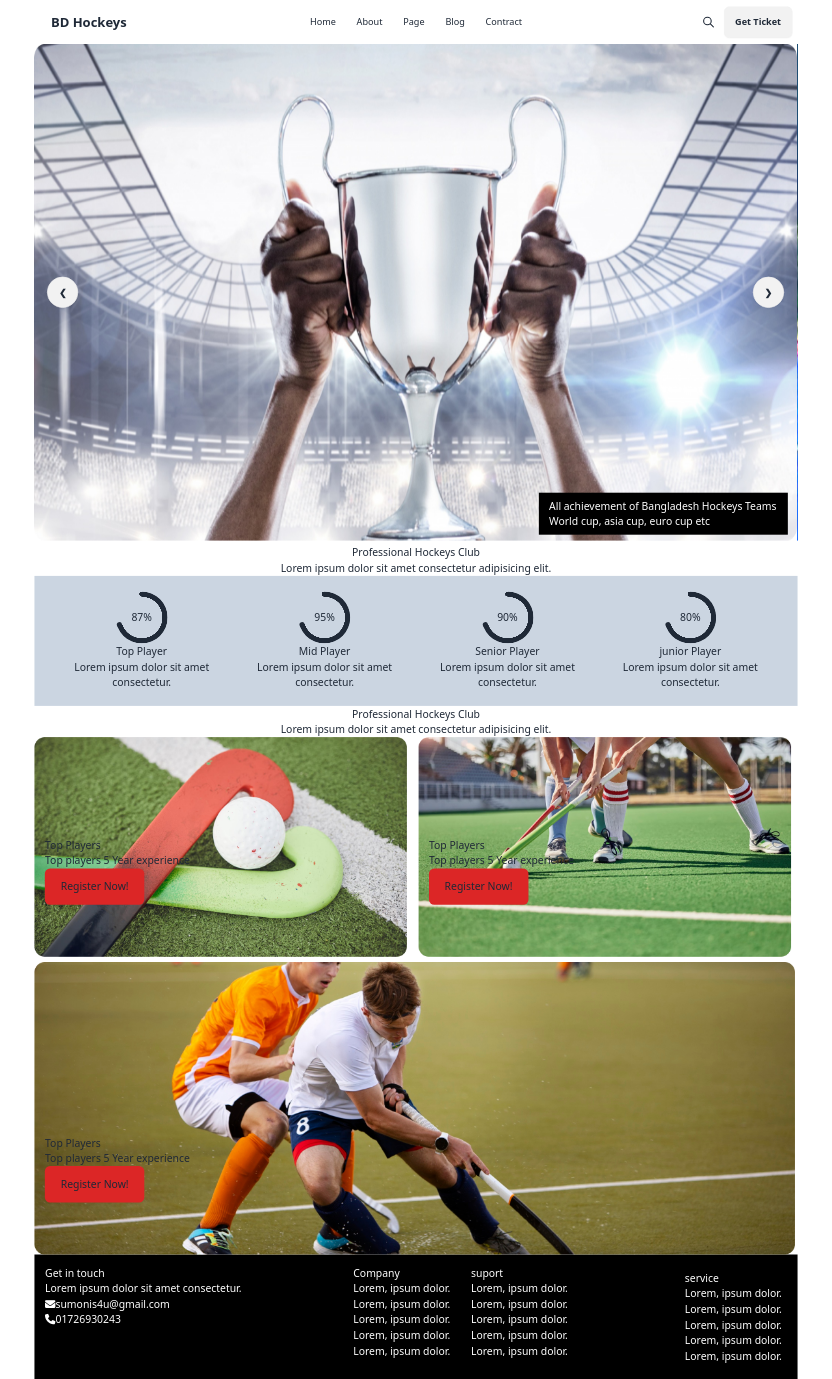
Repository: sumonkumarsarkar/bd-hockeys-team
Page: index.html
The author's editor kept a copy of each file at every save. The page is drawn from the files as they stood at one save, then again after the next save.
The browser window is 1280 px wide. The pictures show the whole page, at 65% of full size.
Some web libraries are served in a nearby version.

Above is the page before, as saved 2024-01-23 23:09:44.

### index.html
<!DOCTYPE html>
<html lang="en">
<head>
    <meta charset="UTF-8">
    <meta name="viewport" content="width=device-width, initial-scale=1.0">
    <title>BD Hockeys Team</title>
    <link rel="stylesheet" href="https://cdnjs.cloudflare.com/ajax/libs/font-awesome/6.5.1/css/all.min.css" integrity="sha512-DTOQO9RWCH3ppGqcWaEA1BIZOC6xxalwEsw9c2QQeAIftl+Vegovlnee1c9QX4TctnWMn13TZye+giMm8e2LwA==" crossorigin="anonymous" referrerpolicy="no-referrer" />
    <link href="https://cdn.jsdelivr.net/npm/daisyui@4.6.0/dist/full.min.css" rel="stylesheet" type="text/css" />
    <script src="https://cdn.tailwindcss.com"></script>

</head>
<body>
    <!-- header part start  -->
    <header class="w-11/12 mx-auto">
        <nav>
            <div class="navbar bg-base-100">
                <div class="navbar-start">
                  <div class="dropdown">
                    <div tabindex="0" role="button" class="btn btn-ghost lg:hidden">
                      <svg xmlns="http://www.w3.org/2000/svg" class="h-5 w-5" fill="none" viewBox="0 0 24 24" stroke="currentColor"><path stroke-linecap="round" stroke-linejoin="round" stroke-width="2" d="M4 6h16M4 12h8m-8 6h16" /></svg>
                    </div>
                    <ul tabindex="0" class="menu menu-sm dropdown-content mt-3 z-[1] p-2 shadow bg-base-100 rounded-box w-52">
                      <li><a>Home</a></li>
                      <li><a>About</a></li>
                      <li><a>Page</a></li>
                      <li><a>Blog</a></li>
                      <li><a>Contract</a></li>
                    </ul>
                  </div>
                  <a class="btn btn-ghost text-xl">BD Hockeys</a>
                </div>
                <div class="navbar-center hidden lg:flex">
                  <ul class="menu menu-horizontal px-1">
                    <li><a>Home</a></li>
                      <li><a>About</a></li>
                      <li><a>Page</a></li>
                      <li><a>Blog</a></li>
                      <li><a>Contract</a></li>
                  </ul>
                </div>
                <div class="navbar-end">
                    <div type="search" class="btn btn-ghost btn-circle">
                        <svg xmlns="http://www.w3.org/2000/svg" class="h-5 w-5" fill="none" viewBox="0 0 24 24" stroke="currentColor"><path stroke-linecap="round" stroke-linejoin="round" stroke-width="2" d="M21 21l-6-6m2-5a7 7 0 11-14 0 7 7 0 0114 0z" /></svg>
                      </div>
                  <a class="btn">Get Ticket</a>
                </div>
              </div>
        </nav>



      <!-- banner part start  -->

   <div class=" lg:relative">
    <div>
        <div class="carousel w-full">
            <div id="slide1" class="carousel-item relative w-full">
              <img src="./Images/1.png" class="w-full" alt="bd-hockey" />
              <div class="absolute flex justify-between transform -translate-y-1/2 left-5 right-5 top-1/2">
                <a href="#slide4" class="btn btn-circle">❮</a>
                <a href="#slide2" class="btn btn-circle">❯</a>
              </div>
            </div>
            <div id="slide2" class="carousel-item relative w-full">
              <img src="./Images/banner1.jpeg" class="w-full" alt="bd-hockey" />
              <div class="absolute flex justify-between transform -translate-y-1/2 left-5 right-5 top-1/2">
                <a href="#slide1" class="btn btn-circle">❮</a>
                <a href="#slide3" class="btn btn-circle">❯</a>
              </div>
            </div>
            <div id="slide3" class="carousel-item relative w-full">
              <img src="./Images/banner3.jpg" class="w-full" alt="bd-hockey" />
              <div class="absolute flex justify-between transform -translate-y-1/2 left-5 right-5 top-1/2">
                <a href="#slide2" class="btn btn-circle">❮</a>
                <a href="#slide4" class="btn btn-circle">❯</a>
              </div>
            </div>
            <div id="slide4" class="carousel-item relative w-full">
              <img src="./Images/banner2.jpg" class="w-full" alt="bd-hockey"/>
              <div class="absolute flex justify-between transform -translate-y-1/2 left-5 right-5 top-1/2">
                <a href="#slide3" class="btn btn-circle">❮</a>
                <a href="#slide1" class="btn btn-circle">❯</a>
              </div>
            </div>
          </div>
    </div>
    <div class="lg:absolute bottom-4 right-4">
        <div class="px-4 py-2 bg-black text-white">
            <h2>All achievement of Bangladesh Hockeys Teams</h2>
             <p>World cup, asia cup, euro cup etc</p>
        </div>
    </div>

   </div>

      <!-- banner part end  -->
    </header>
    <!-- header part end  -->




    <!-- main part start  -->
    <main class="w-11/12 mx-auto">
  <section>

       <div class="text-center">
        <h2>Professional Hockeys Club</h2>
        <p>Lorem ipsum dolor sit amet consectetur adipisicing elit.</p>
       </div>

       <!-- card  -->

       <div class="flex flex-col lg:flex-row lg:justify-between bg-slate-300 lg:p-6 ">
        <div class="text-center">
         <div class="radial-progress" style="--value:70;" role="progressbar">87%</div>
         <h3>Top Player</h3>
         <p>Lorem ipsum dolor sit amet consectetur.</p>
        </div>
        <div class="text-center">
            <div class="radial-progress" style="--value:70;" role="progressbar">95%</div>
            <h3>Mid Player</h3>
            <p>Lorem ipsum dolor sit amet consectetur.</p>
        </div>
        <div class="text-center">
            <div class="radial-progress" style="--value:70;" role="progressbar">90%</div>
            <h3>Senior Player</h3>
            <p>Lorem ipsum dolor sit amet consectetur.</p>
        </div>
        <div class="text-center">
            <div class="radial-progress" style="--value:70;" role="progressbar">80%</div>
            <h3>junior Player</h3>
            <p>Lorem ipsum dolor sit amet consectetur.</p>
        </div>
       </div>
  </section>
   <!-- banner section start  -->
   <!-- text part  -->
   <div class="text-center">
    <h2>Professional Hockeys Club</h2>
    <p>Lorem ipsum dolor sit amet consectetur adipisicing elit.</p>
   </div>

 <!-- banner part  -->

<div class="grid grid-cols-1 lg:grid-cols-2 gap-2">
       <!-- banner -1  -->
    <div class=" relative grid grid-cols-1">
        <div>
            <div><img src="./Images/2.png" alt=""></div>
         </div>
         <div class=" absolute bottom-20 left-4">
            <h2>Top Players</h2>
            <p>Top players 5 Year experience </p>
            <button  class="py-4 px-6 rounded-lg bg-red-600" type="button">Register Now!</button>
         </div>
    </div>

     <!-- banner -2  -->

    <div class="relative grid grid-cols-1">
        <div>
            <div><img src="./Images/3.png" alt=""></div>
         </div>
         <div class=" absolute bottom-20 left-4">
            <h2>Top Players</h2>
            <p>Top players 5 Year experience </p>
            <button  class="py-4 px-6 rounded-lg bg-red-600" type="button">Register Now!</button>
         </div>
    </div>

 <!-- banner -3  -->

    <div class="relative col-span-2">
        <div>
            <div><img src="./Images/4.png" alt=""></div>
         </div>
         <div class=" absolute bottom-20 left-4">
            <h2>Top Players</h2>
            <p>Top players 5 Year experience </p>
            <button  class="py-4 px-6 rounded-lg bg-red-600" type="button">Register Now!</button>
         </div>
    </div>

</div>







   <section>



   </section>


   <!-- banner section end  -->

    </main>
        <!-- main part end  -->

<!-- footer part start  -->
        <footer class="w-11/12 mx-auto bg-black">

            <div class="flex justify-between text-white">

                <div class="p-4">
                    <div>
                        <h2>Get in touch</h2>
                        <p>Lorem ipsum dolor sit amet consectetur.</p>
                    </div>
                     <div>
                        <h2> <span><i class="fa-solid fa-envelope"></i></span>sumonis4u@gmail.com</h2>
                        <h2> <span><i class="fa-solid fa-phone"></i></i></span>01726930243</h2>
                     </div>
                  </div>

                 <!-- part-2  -->

                 <div>

                    <div class="flex justify-between">
                        <div class="p-4">
                            <h2>Company</h2>
                            <p>Lorem, ipsum dolor.</p>
                            <p>Lorem, ipsum dolor.</p>
                            <p>Lorem, ipsum dolor.</p>
                            <p>Lorem, ipsum dolor.</p>
                            <p>Lorem, ipsum dolor.</p>
                        </div>
                        <div class="p-4">
                            <h2>suport</h2>
                            <p>Lorem, ipsum dolor.</p>
                            <p>Lorem, ipsum dolor.</p>
                            <p>Lorem, ipsum dolor.</p>
                            <p>Lorem, ipsum dolor.</p>
                            <p>Lorem, ipsum dolor.</p>
                        </div>
                     </div>
                 </div>



                 <!-- part-3  -->

        <div class="p-6">
            <div>
                <h2>service</h2>
                <p>Lorem, ipsum dolor.</p>
                <p>Lorem, ipsum dolor.</p>
                <p>Lorem, ipsum dolor.</p>
                <p>Lorem, ipsum dolor.</p>
                <p>Lorem, ipsum dolor.</p>
            </div>
        </div>



            </div>



        </footer>
        <!-- footer part start  -->
</body>
</html>

After the next save:
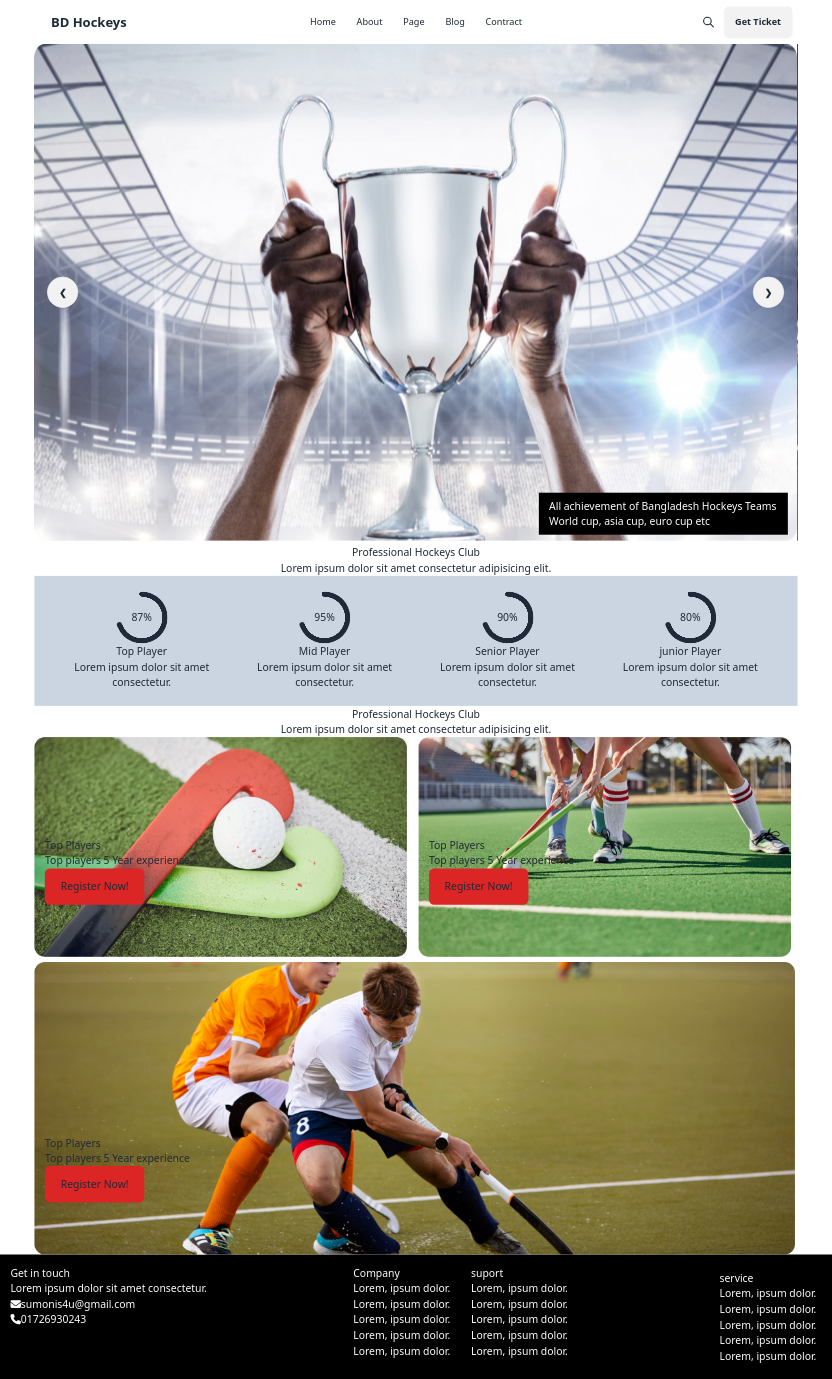
Saved 28 s later.
--- a/index.html
+++ b/index.html
@@ -203,7 +203,7 @@
         <!-- main part end  -->
 
 <!-- footer part start  -->
-        <footer class="w-11/12 mx-auto bg-black">
+        <footer class="w-full mx-auto bg-black">
 
             <div class="flex justify-between text-white">
 
